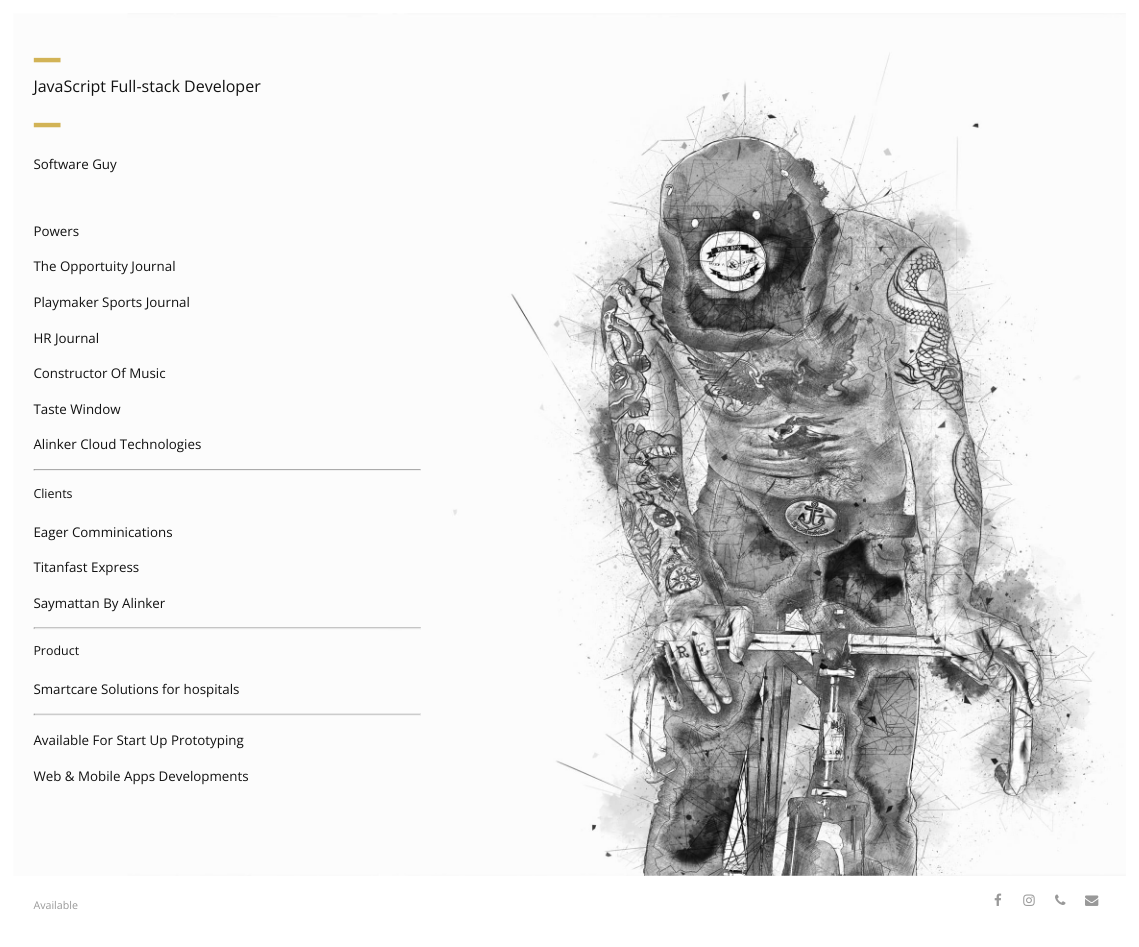
Repository: nawing/nawing.github.io
Page: index.html
The author's editor kept a copy of each file at every save. The page is drawn from the files as they stood at one save, then again after the next save.
The browser window is 1280 px wide. The pictures show the whole page, at 89% of full size.

Above is the page before, as saved 2022-11-26 10:47:25.

After the next save:
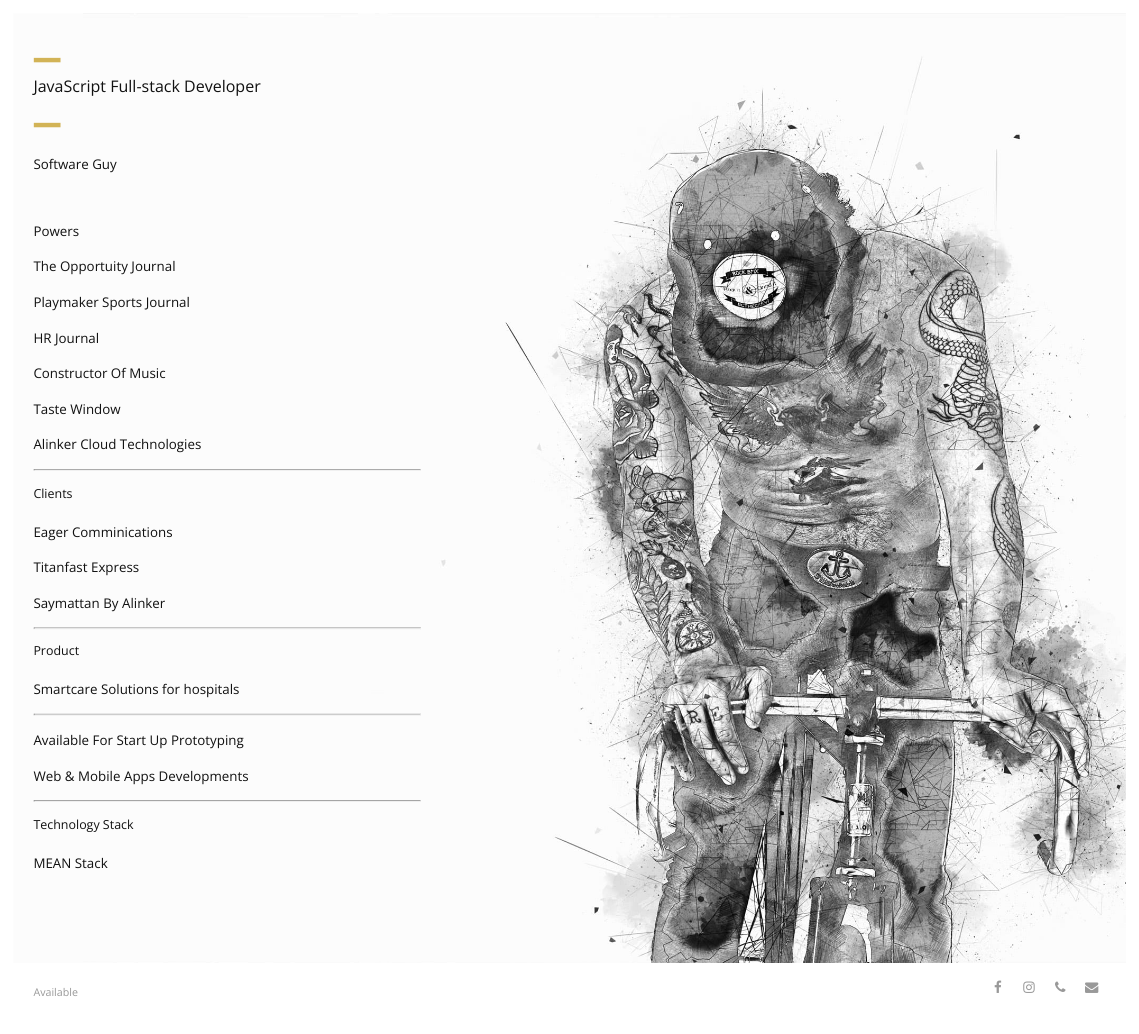
Saved 52 s later.
--- a/index.html
+++ b/index.html
@@ -42,6 +42,10 @@
             <hr>
             <p> Available For Start Up Prototyping </p>
             <p> Web & Mobile Apps Developments </p>
+            <hr>
+            <h6> Technology Stack </h6>
+            <p> MEAN Stack </p>
+
           </div>
         </div>
       </div>
